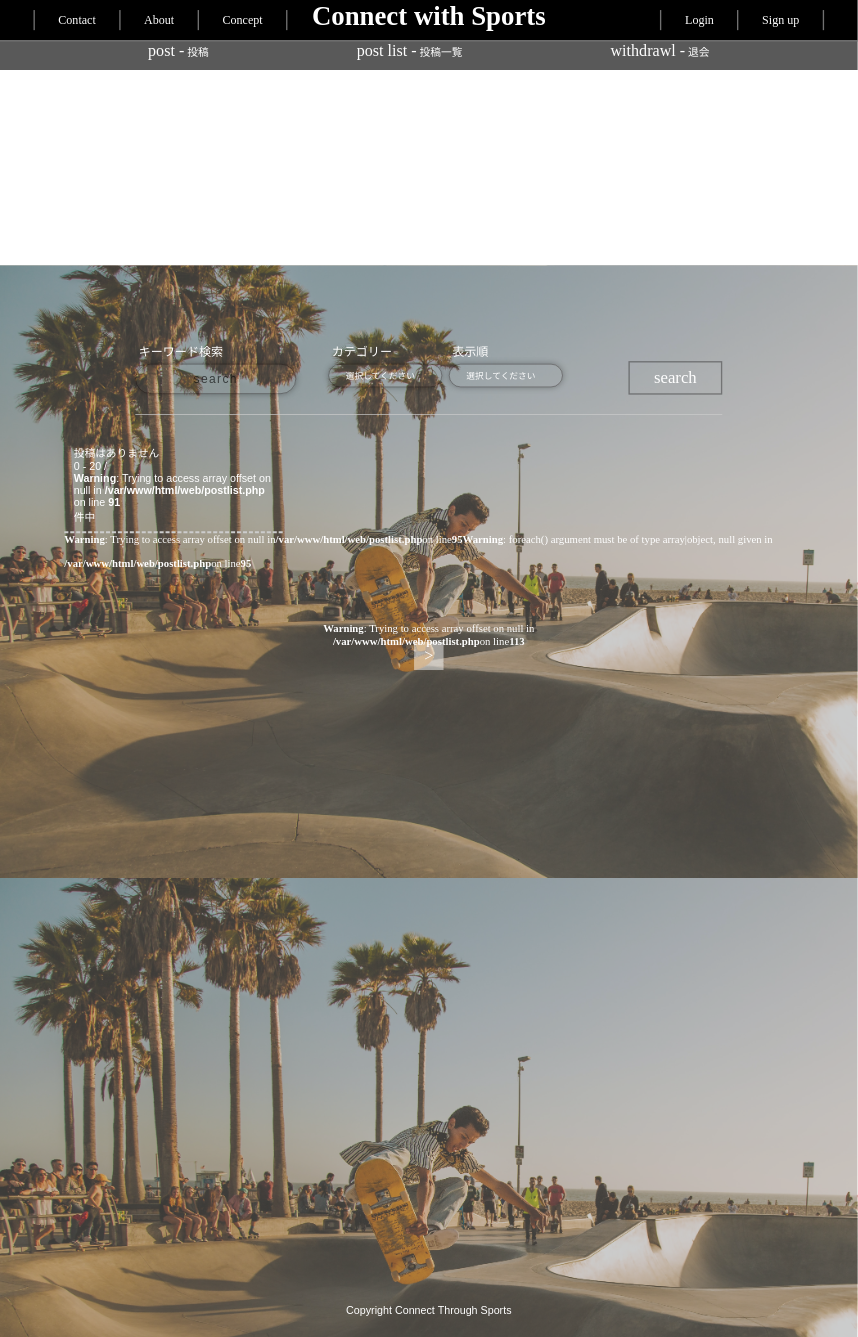
Repository: shuehi23/Connect_with_Sports
Page: http://localhost/Cheering_sport/web/postlist.php
An editor plug-in stored every save of this project. The page is shown before and after the next save, followed by the edit.
The browser window is 1280 px wide. The pictures show the whole page, at 67% of full size.
Backgrounds fixed to the window are drawn as part of the page. Some web fonts or font styles are not loaded; a fallback is used. Some web libraries are served in a nearby version. The page is run by PHP 8.4 with error messages shown; the project is at /var/www/html/. Other server files are loaded and not shown. Queries for data that is not in the repository find no rows.

Above is the page before, as saved 2020-11-11 18:46:47.

### web/function.php
<?php
ini_set('log_errors', 'on');
ini_set('error_log', 'php.log');

$debug_flg = true;
function debug($str)
{
    global $debug_flg;
    if ($debug_flg) {
        error_log('デバッグ:' . $str);
    }
}

//================================
// セッション準備・セッション有効期限を延ばす
//================================
//セッションファイルの置き場を変更する
session_save_path("/var/tmp/");
//ガーベージコレクションが削除するセッションの有効期限を設定（30日以上経っているものに対してだけ１００分の１の確率で削除）
ini_set('session.gc_maxlifetime', 60 * 60 * 24 * 30);
//ブラウザを閉じても削除されないようにクッキー自体の有効期限を延ばす
ini_set('session.cookie_lifetime', 60 * 60 * 24 * 30);
//セッションを使う($_SESSION変数は、他のページに移動した時にその移動前の$_SESSIONの中身を保持できる)
session_start();
//現在のセッションIDを新しく生成したものと置き換える（なりすましのセキュリティ対策）
session_regenerate_id();

// ============================
// 画面表示処理開始ログ吐き出し関数
// ============================
function debugLogStart()
{
    debug('//////////////////画面表示処理開始/////////////////////');
    debug('セッションID:' . session_id());
    debug('セッション変数の中身:' . print_r($_SESSION, true));
    debug('現在日時タイムスタンプ:' . time());
    if (!empty($_SESSION['login_date']) && !empty($_SESSION['login_limit'])) {
        debug('ログイン期限日時タイムスタンプ:' . ($_SESSION['login_date'] + $_SESSION['login_limit']));
    }
}

//================================
// グローバル変数
//================================
//エラーメッセージ格納用の配列
$err_msg = array();

//================================
// 定数
//================================
//エラーメッセージを定数に設定
define('MSG01', '入力必須です');
define('MSG02', '200文字以内で入力してください');
define('MSG03', '6文字以上で入力してください');
define('MSG04', 'emailの形式で入力してください');
define('MSG05', '半角英数字で入力してください');
define('MSG06', 'パスワードが合っていません');
define('MSG07', 'emailが既に登録してあります');
define('MSG08', 'エラーが発生しました。しばらく経ってからやり直してください。');
define('MSG09', 'emailまたはパスワードが違います');
define('MSG10', '古いパスワードが違います');
define('MSG11', '古いパスワードと同じです');
define('MSG12', '文字で入力してください');
define('MSG13', '正しくありません');
define('MSG14', '有効期限切れです');
define('MSG15', '選択してください');
define('MSG16', 'ゲストユーザーのアドレスのためこの機能はご利用できません');
define('SUC01', 'パスワードを変更しました');
define('SUC02', 'メールを送信しました');
define('SUC03', 'パスワードを再発行しました');
define('SUC04', '呟いて、共通のコミュニティを作ろう!');
define('SUC05', 'プロフィールを変更しました');
define('SUC06', '投稿しました');
define('SUC07', '投稿が削除されました');
define('SUC08', '投稿詳細が編集されました');
define('SUC09', '処理に成功しました。（ゲストユーザーのため反映はされていません。）');


//ゲストユーザーのIDとemailを定義
$gestUserId = 33;
$gestUserEmail = 'guest@login.com';

//==========================================
//DB
//==========================================
//DB接続関数
function dbConnect()
{
    $db = parse_url($_SERVER['mysql://b9d9fa1d56a9b4:8b2d1112@us-cdbr-east-02.cleardb.com/heroku_1bc8946db7cf9be?reconnect=true']);
    $db['heroku_1bc8946db7cf9be'] = ltrim($db['path'], '/Users/araishuuhei/dumps/one_sports.sql');
    $dsn = "mysql:host={$db['us-cdbr-east-02.cleardb.com']};dbname={$db['heroku_1bc8946db7cf9be']};charset=utf8";
    $user = $db['b9d9fa1d56a9b4'];
    $password = $db['8b2d1112'];
    $options = array(
      PDO::ATTR_ERRMODE => PDO::ERRMODE_EXCEPTION,
      PDO::ATTR_DEFAULT_FETCH_MODE => PDO::FETCH_ASSOC,
      PDO::MYSQL_ATTR_USE_BUFFERED_QUERY =>true,
    );
    $dbh = new PDO($dsn,$user,$password,$options);
    return $dbh;
    // $dsn = 'mysql:dbname=one_sports;host=localhost;charset=utf8';
    // $user = 'root';
    // $pass = 'root';
    // $option = array(
    //     // SQL実行失敗時にはエラーコードのみ設定
    //     PDO::ATTR_ERRMODE => PDO::ERRMODE_WARNING,
    //     // デフォルトフェッチモードを連想配列形式に設定
    //     PDO::ATTR_DEFAULT_FETCH_MODE => PDO::FETCH_ASSOC,
    //     // バッファードクエリを使う(一度に結果セットをすべて取得し、サーバー負荷を軽減)
    //     // SELECTで得た結果に対してもrowCountメソッドを使えるようにする
    //     PDO::MYSQL_ATTR_USE_BUFFERED_QUERY => true,
    // );
    // $dbh = new PDO($dsn, $user, $pass, $option);
    // return $dbh;
}
// SQL実行関数
function queryPost($dbh, $sql, $data)
{
    $stmt = $dbh->prepare($sql);
    if (!$stmt->execute($data)) {
        debug('クエリ失敗');
        $err_msg['common'] = MSG08;
        return false;
    } else {
        debug('クエリ成功');
        return $stmt;
    }

    return $stmt;
}
//==========================================
//バリデーション
//==========================================
// 未入力チェック
function validRequired($str, $key)
{
    if (empty($str)) {
        global $err_msg;
        $err_msg[$key] = MSG01;
    }
}
// 最大文字数
function maxlen($str, $key, $len = 255)
{
    if (mb_strlen($str) > $len) {
        global $err_msg;
        $err_msg[$key] = MSG02;
    }
}
// 最小文字数
function minLen($str, $key, $len = 6)
{
    if (mb_strlen($str) < $len) {
        global $err_msg;
        $err_msg[$key] = MSG03;
    }
}
// emailの形式チェック
function validEmail($str, $key)
{
    if (!preg_match("/^([a-zA-Z0-9])+([a-zA-Z0-9\._-])*@([a-zA-Z0-9_-])+([a-zA-Z0-9\._-]+)+$/", $str)) {
        global $err_msg;
        $err_msg[$key] = MSG04;
    }
}
// 半角チェック
function validHalf($str, $key)
{
    if (!preg_match("/^[a-zA-Z0-9]+$/", $str)) {
        global $err_msg;
        $err_msg[$key] = MSG05;
    }
}
//　パスワード照合
function validMatch($str1, $str2, $key)
{
    if ($str1 !== $str2) {
        global $err_msg;
        $err_msg[$key] = MSG06;
    }
}
// パスワード
function validPass($str, $key)
{
    validHalf($str, $key);
    maxLen($str, $key);
    minLen($str, $key);
}
// セレクトボックス
function validSelect($str, $key)
{
    if (!preg_match("/^[1-9]+$/", $str)) {
        global $err_msg;
        $err_msg[$key] = MSG15;
    }
}
// email重複チェック
function validEmailDup($str)
{
    global $err_msg;

    try {
        $dbh = dbConnect();
        $sql = 'SELECT count(*) FROM users WHERE email=? AND delete_flg = 0';
        $data = array($str);
        $stmt = queryPost($dbh, $sql, $data);
        $result = $stmt->fetch(PDO::FETCH_ASSOC);
        if (!empty(array_shift($result))) {
            global $err_msg;
            $err_msg['email'] = MSG07;
        }
    } catch (Exception $e) {
        error_log('エラー発生:' . $e->getMessage());
        $err_msg['common'] = MSG08;
    }
}
// フォーム入力保持
function keep($key)
{
    if (!empty($_POST[$key])) {
        return $_POST[$key];
    }
}
//ゲストユーザーのEmailかチェック
function validGestUserEmail($str, $key)
{
    global $gestUserEmail;
    if ($gestUserEmail == $str) {
        global $err_msg;
        $err_msg[$key] = MSG16;
        debug('ゲストユーザのアドレスが入力されました。');
    }
}

//==========================================
//データ取得
//==========================================
//ユーザー情報取得
function getUser($str)
{
    try {
        $dbh = dbConnect();
        $sql = 'SELECT * FROM users WHERE id=? AND delete_flg = 0';
        $data = array($str);
        $stmt = queryPost($dbh, $sql, $data);
    } catch (Exception $e) {
        error_log('エラー発生:' . $e->getMessage());
    }
    return $stmt->fetch(PDO::FETCH_ASSOC);
}

// ユーザー情報取得
function getUserOne($u_id)
{
    debug('ユーザー情報を取得');
    debug('ユーザーID' . $u_id);
    try {
        $dbh = dbConnect();
        $sql = 'SELECT u.id, u.username, u.job, u.sports, u.area, u.intro, u.pic, u.create_date, u.update_date, a.name AS a_name FROM users AS u INNER JOIN area AS a ON u.area = a.id WHERE u.id=? AND u.delete_flg=0';
        $data = array($u_id);
        $stmt = queryPost($dbh, $sql, $data);
        if ($stmt) {
            return $stmt->fetch(PDO::FETCH_ASSOC);
        } else {
            return false;
        }
    } catch (Exception $e) {
        error_log('エラー発生:' . $e->getMessage());
    }
}

// フォーム入力保持
function getFormData($str, $flg = false)
{
    global $dbData;
    global $err_msg;
    if ($flg) {
        $method = $_GET;
    } else {
        $method = $_POST;
    }
    // ユーザー情報がある場合
    if (!empty($dbData)) {
        // フォームのエラーがある場合
        if (!empty($err_msg[$str])) {
            // postに情報がある場合
            if (isset($method[$str])) {
                return $method[$str];
            } else {
                return $dbData[$str];
            }
        } else {
            // postに情報がありDBの情報が違う
            if (isset($method[$str]) && $method[$str] !== $dbData[$str]) {
                return $method[$str];
            } else {
                // そもそも変更していない
                return $dbData[$str];
            }
        }
    } else {
        if (isset($method[$str])) {
            return $method[$str];
        }
    }
}
//画像表示
function showImg($path)
{
    if (empty($path)) {
        return 'img/sample-img.png';
    } else {
        return $path;
    }
}
function showProfImg($str)
{
    if (empty($str)) {
        return 'img/avatar-unknown.png';
    }
    return $str;
}

function areaData()
{
    try {
        $dbh = dbConnect();
        $sql = 'SELECT * FROM area';
        $data = array();
        $stmt = queryPost($dbh, $sql, $data);
        if ($stmt) {
            return $stmt->fetchAll();
        } else {
            return false;
        }
    } catch (Exception $e) {
        error_log('エラー発生:' . $e->getMessage());
    }
}

function getCate()
{
    try {
        $dbh = dbConnect();
        $sql = 'SELECT * FROM category';
        $data = array();
        $stmt = queryPost($dbh, $sql, $data);
        if ($stmt) {
            return $stmt->fetchAll();
        } else {
            return false;
        }
    } catch (Exception $e) {
        error_log('エラー発生:' . $e->getMessage());
    }
}


// 固定長チェック
function validLength($str, $key, $len = 8)
{
    if (mb_strlen($str) !== $len) {
        global $err_msg;
        $err_msg[$key] = $len . MSG12;
    }
}

// 投稿情報取得
function getPost($u_id, $p_id)
{
    try {
        $dbh = dbConnect();
        $sql = 'SELECT * FROM photo WHERE posted_id = ? AND id=? AND delete_flg = 0';
        $data = array($u_id, $p_id);
        $stmt = queryPost($dbh, $sql, $data);
        if ($stmt) {
            return $stmt->fetch(PDO::FETCH_ASSOC);
        } else {
            return false;
        }
    } catch (Exception $e) {
        error_log('エラー発生:' . $e->getMessage());
        $err_msg['common'] = MSG08;
    }
}

// 検索された投稿情報を取得
function getPostList($nowMin = 1, $category, $sort, $span = 20)
{
    debug('投稿情報を取得します。');
    // 例外処理
    try {
        // DBへ接続
        $dbh = dbConnect();
        // 【〜件数用】 のSQL文作成
        $sql = 'SELECT id FROM photo';
        if (!empty($category)) $sql .= ' WHERE category_id = ' . $category;
        if (!empty($sort)) {
            switch ($sort) {
                case 1: //      1の場合は昇順 ↓
                    $sql .= ' ORDER BY create_date DESC';
                    break;
                case 2: //      2の場合は降順 ↓
                    $sql .= ' ORDER BY create_date ASC';
                    break;
            }
        }
        $data = array();
        $stmt = queryPost($dbh, $sql, $data);

        $rst['total'] = $stmt->rowCount();
        $rst['total_page'] = ceil($rst['total'] / $span); //総ページ数 総レコード数 ÷ 20件

        if (!$stmt) {
            return false;
        }

        // 【ページング用】 のSQL文作成
        $sql = 'SELECT * FROM photo';
        if (!empty($category)) $sql .= ' WHERE category_id = ' . $category;
        if (!empty($sort)) {
            switch ($sort) {
                case 1:
                    $sql .= ' ORDER BY create_date DESC';
                    break;
                case 2:
                    $sql .= ' ORDER BY create_date ASC';
                    break;
            }
        }
        $sql .= ' LIMIT ' . $span . ' OFFSET ' . $nowMin;
        $data = array();
        debug('SQL:' . $sql);
        $stmt = $dbh->prepare($sql);
        $stmt->bindParam(':span', $span, PDO::PARAM_INT);
        $stmt->bindParam(':nowMin', $nowMin, PDO::PARAM_INT);
        if ($stmt->execute()) {
            $rst['data'] = $stmt->fetchAll(PDO::FETCH_ASSOC);
            return $rst;
        } else {
            return false;
        }
    } catch (Exception $e) {
        error_log('エラー発生:' . $e->getMessage());
    }
}

// 投稿情報
function getPostOne($p_id)
{
    debug('投稿詳細を取得します');
    debug('写真ID:' . $p_id);
    try {
        $dbh = dbConnect();
        $sql = 'SELECT p.id, p.title, p.place, p.key1, p.key2, p.key3, p.category_id, p.comment, p.pic1, p.pic2, p.pic3, p.pic4, p.create_date, p.update_date, p.posted_id, u.username, u.intro, u.pic, c.name AS c_name FROM photo AS p INNER JOIN users AS u ON p.posted_id = u.id INNER JOIN category AS c ON p.category_id = c.id WHERE p.id=? AND p.delete_flg = 0 AND u.delete_flg = 0';
        $data = array($p_id);
        $stmt = queryPost($dbh, $sql, $data);
        if ($stmt) {
            return $stmt->fetch(PDO::FETCH_ASSOC);
        } else {
            return false;
        }
    } catch (Exception $e) {
        error_log('エラー発生:' . $e->getMessage());
    }
}
// 各投稿のコメントを取得
function getPartnerComment($p_id) {
    debug('コメント取得します');
    try {
        $dbh = dbConnect();
        $sql = 'SELECT p.from_user, p.comment, u.id, u.username, u.pic FROM partnerComment AS p INNER JOIN users AS u ON p.from_user = u.id WHERE photo_id = ? AND p.delete_flg = 0 AND u.delete_flg = 0 ORDER BY p.send_date ASC';
        $data = array($p_id);

        $stmt = queryPost($dbh, $sql, $data);
        if($stmt) {
            return $stmt->fetchAll();
        }else{
            return false;
        }

    } catch (Exception $e) {
        error_log('エラー発生:' . $e->getMessage());
    }
}
//掲示板情報の取得
function getBordData($m_id)
{
    debug('掲示板情報を取得します');
    try {
        $dbh = dbConnect();
        $sql = 'SELECT sender_id, receiver_id, photo_id, create_date FROM bord WHERE id = :m_id AND delete_flg = 0';
        $data = array(':m_id' => $m_id);

        $stmt = queryPost($dbh, $sql, $data);
        if ($stmt) {
            return $stmt->fetch(PDO::FETCH_ASSOC);
        } else {
            return false;
        }
    } catch (Exception $e) {
        error_log('エラー発生：' . $e->getMessage());
    }
}
// 指定された写真情報メッセージ取得
function getMsgData($id)
{
    debug('写真ID:' . $id);
    try {
        $dbh = dbConnect();
        $sql = 'SELECT m.from_user, m.msg, u.pic FROM message AS m INNER JOIN users AS u ON m.from_user=u.id WHERE m.photo_id = ? AND m.delete_flg = 0';
        $data = array($id);
        $stmt = queryPost($dbh, $sql, $data);
        if ($stmt) {
            return $stmt->fetchAll();
        } else {
            return false;
        }
    } catch (Exception $e) {
        error_log('エラー発生:' . $e->getMessage());
    }
}
//指定された掲示板のメッセージ情報を取得
function getMsgAndBord($m_id)
{
    debug('メッセージ情報を取得します');
    try {
        $dbh = dbConnect();
        $sql = 'SELECT m.id AS m_id, b.photo_id, bord_id, msg, from_user, to_user, send_date, b.sender_id, b.receiver_id, b.create_date FROM message AS m RIGHT JOIN bord AS b ON m.bord_id=b.id WHERE b.id=? ORDER BY send_date ASC';
        $data = array($m_id);
        $stmt = queryPost($dbh, $sql, $data);
        if ($stmt) {
            return $stmt->fetchAll();
        } else {
            return false;
        }
    } catch (Exception $e) {
        error_log('エラー発生:' . $e->getMessage());
    }
}

// 掲示板ごとに取るのでforeachで廻して表示する
function getMyMsgsAndBord($u_id)
{
    debug('掲示板情報とmsg情報を取得します');
    try {
        $dbh = dbConnect();
        $sql = 'SELECT id, sender_id, receiver_id FROM bord WHERE sender_id = :u_id OR receiver_id = :u_id AND delete_flg = 0 ORDER BY create_date DESC';
        $data = array(':u_id' => $u_id);
        $stmt = queryPost($dbh, $sql, $data);
        if ($stmt) {
            $result = $stmt->fetchAll();
            foreach ($result as $key => $val) {
                $sql = 'SELECT * FROM message WHERE bord_id = :b_id AND delete_flg = 0 ORDER BY send_date DESC';
                $data = array(':b_id' => $val['id']);
                $stmt = queryPost($dbh, $sql, $data);
                if ($stmt) {
                    $result[$key]['msg'] = $stmt->fetchAll();
                }
            }
            return $result;
        } else {
            return false;
        }
    } catch (Exception $e) {
        error_log('エラー発生:' . $e->getMessage());
    }
}


// 自分情報取得
function myData($u_id)
{
    try {
        $dbh = dbConnect();
        $sql = 'SELECT * FROM photo WHERE posted_id=? AND delete_flg = 0';
        $data = array($u_id);
        $stmt = queryPost($dbh, $sql, $data);
        if ($stmt) {
            return $stmt->fetchAll();
        } else {
            return false;
        }
    } catch (Exception $e) {
        error_log('エラー発生:' . $e->getMessage());
    }
}
// 自分のお気に入り情報取得
function myLike($u_id)
{
    try {
        $dbh = dbConnect();
        $sql = 'SELECT * FROM favorite AS f LEFT JOIN photo AS p ON f.photo_id = p.id WHERE f.user_id = ? AND f.delete_flg = 0 AND p.delete_flg = 0';
        $data = array($u_id);
        $stmt = queryPost($dbh, $sql, $data);
        if ($stmt) {
            return $stmt->fetchAll();
        } else {
            return false;
        }
    } catch (Exception $e) {
        error_log('エラー発生:' . $e->getMessage());
    }
}

// 自分のフォロー情報取得
function myFollow($u_id)
{
    try {
        $dbh = dbConnect();
        $sql = 'SELECT * FROM follow AS fo LEFT JOIN users AS u ON fo.opponent_id = u.id WHERE fo.user_id = ? AND fo.delete_flg = 0 AND u.delete_flg = 0';
        $data = array($u_id);
        $stmt = queryPost($dbh, $sql, $data);
        if ($stmt) {
            return $stmt->fetchAll();
        } else {
            return false;
        }
    } catch (Exception $e) {
        error_log('エラー発生:' . $e->getMessage());
    }
}

//==========================================
//メッセージ
//==========================================
// エラーメッセージを取得
function errmsg($key)
{
    global $err_msg;
    if (!empty($err_msg[$key])) {
        return $err_msg[$key];
    }
}
// セッションを１回だけ取得
function getFlash($key)
{
    if (!empty($_SESSION[$key])) {
        $data = $_SESSION[$key];
        $_SESSION[$key] = '';
        return $data;
    }
}
//==========================================
//その他
//==========================================
// サニタイズ
function sanitize($str)
{
    return htmlspecialchars($str, ENT_QUOTES);
}

// アップロード
function uploadImg($file, $key)
{
    debug('画像アップロード');
    debug('ファイル情報:' . print_r($_FILES, true));
    if (isset($file['error']) && is_int($file['error'])) {
        try {
            switch ($file['error']) {
                case UPLOAD_ERR_OK:
                    break;
                case UPLOAD_ERR_NO_FILE:
                    throw new RuntimeException('ファイルが選択されていません');
                case UPLOAD_ERR_INI_SIZE:
                case UPLOAD_ERR_FORM_SIZE:
                    throw new RuntimeException('ファイルサイズが大きすぎます');
                default:
                    throw new RuntimeException('その他のエラーが発生しました');
            }

            //画像の形式を判別
            $type = @exif_imagetype($file['tmp_name']);
            if (!in_array($type, [IMAGETYPE_GIF, IMAGETYPE_JPEG, IMAGETYPE_PNG], true)) {
                throw new RuntimeException('画像形式が未対応です');
            }

            $path = 'uploads/' . sha1_file($file['tmp_name']) . image_type_to_extension($type);
            if (!move_uploaded_file($file['tmp_name'], $path)) {
                throw new RuntimeException('ファイル保存時にエラーが発生しました');
            }

            //保存したファイルのパスの権限を変更
            chmod($path, 0644);

            debug('ファイルは正常にアップロードされました');
            debug('ファイルパス:' . $path);
            return $path;
        } catch (RuntimeException $e) {
            global $err_msg;
            debug($e->getMessage());
            $err_msg[$key] = $e->getMessage();
        }
    }
}

// お気に入り
function isLike($u_id, $p_id)
{
    try {
        $dbh = dbConnect();
        $sql = 'SELECT * FROM favorite WHERE user_id=? AND photo_id=?';
        $data = array($u_id, $p_id);
        $stmt = queryPost($dbh, $sql, $data);
        if ($stmt->rowCount()) {
            debug('お気に入りです');
            return true;
        } else {
            debug('特に気に入ってません');
            return false;
        }
    } catch (Exception $e) {
        error_log('エラー発生:' . $e->getMessage());
    }
}

// メール送信
function sendMail($to, $subject, $comment, $from)
{
    if (!empty($to) && !empty($subject) && !empty($comment)) {
        //文字化けしないように
        mb_language('Japanese');
        mb_internal_encoding("UTF-8");

        $result = mb_send_mail($to, $subject, $comment, "From:" . $from);
        if ($result) {
            debug('メール送信成功');
        } else {
            debug('メール送信失敗');
        }
    }
}

// 認証キー発行
function makeRand($length = 8)
{
    $char = 'abcdefghijklmnopqrstuvwxyzABCDEFGHIJLKMNOPQRSTUVWXYZ0123456789';
    $str = '';
    for ($i = 0; $i < $length; ++$i) {
        $str .= $char[mt_rand(0, 61)];
    }
    return $str;
}

// GETパラメータの付与
function appendGet($del_key = array())
{
    if (!empty($_GET)) {
        $str = '?';
        foreach ($_GET as $key => $val) {
            if (!in_array($key, $del_key, true)) {
                $str .= $key . '=' . $val . '&';
            }
        }
        $str = mb_substr($str, 0, -1, "UTF-8");
        return $str;
    }
}

// フォロー
function isFollow($u_id, $o_id)
{
    try {
        $dbh = dbConnect();
        $sql = 'SELECT * FROM follow WHERE user_id=? AND opponent_id=?';
        $data = array($u_id, $o_id);
        $stmt = queryPost($dbh, $sql, $data);
        if ($stmt->rowCount()) {
            debug('フォロー中');
            return true;
        } else {
            debug('フォローしてない');
            return false;
        }
    } catch (Exception $e) {
        error_log('エラー発生:' . $e->getMessage());
    }
}

Loaded but not shown: web/style.css (1439 lines, source omitted); web/footer.php (148 lines, source omitted); web/header.php (31 lines, source omitted); web/sheader.php (9 lines, source omitted); web/head.php (8 lines, source omitted); web/postlist.php (151 lines, source omitted)

After the next save:
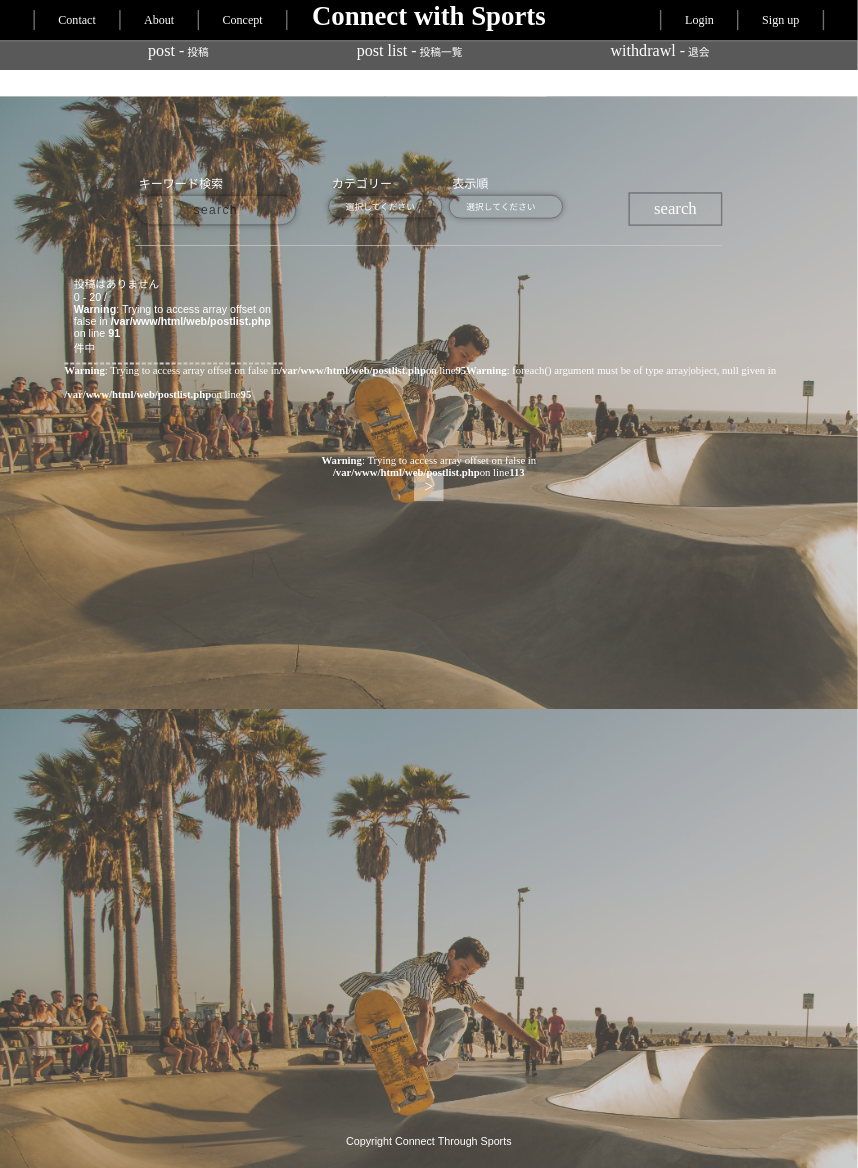
Saved 27 min 29 s later.
--- a/web/function.php
+++ b/web/function.php
@@ -86,32 +86,32 @@ $gestUserEmail = 'guest@login.com';
 //DB接続関数
 function dbConnect()
 {
-    $db = parse_url($_SERVER['mysql://b9d9fa1d56a9b4:8b2d1112@us-cdbr-east-02.cleardb.com/heroku_1bc8946db7cf9be?reconnect=true']);
-    $db['heroku_1bc8946db7cf9be'] = ltrim($db['path'], '/Users/araishuuhei/dumps/one_sports.sql');
-    $dsn = "mysql:host={$db['us-cdbr-east-02.cleardb.com']};dbname={$db['heroku_1bc8946db7cf9be']};charset=utf8";
-    $user = $db['b9d9fa1d56a9b4'];
-    $password = $db['8b2d1112'];
-    $options = array(
-      PDO::ATTR_ERRMODE => PDO::ERRMODE_EXCEPTION,
-      PDO::ATTR_DEFAULT_FETCH_MODE => PDO::FETCH_ASSOC,
-      PDO::MYSQL_ATTR_USE_BUFFERED_QUERY =>true,
+    // $db = parse_url($_SERVER['mysql://b9d9fa1d56a9b4:8b2d1112@us-cdbr-east-02.cleardb.com/heroku_1bc8946db7cf9be?reconnect=true']);
+    // $db['heroku_1bc8946db7cf9be'] = ltrim($db['path'], '/Users/araishuuhei/dumps/one_sports.sql');
+    // $dsn = "mysql:host={$db['us-cdbr-east-02.cleardb.com']};dbname={$db['heroku_1bc8946db7cf9be']};charset=utf8";
+    // $user = $db['b9d9fa1d56a9b4'];
+    // $password = $db['8b2d1112'];
+    // $options = array(
+    //   PDO::ATTR_ERRMODE => PDO::ERRMODE_EXCEPTION,
+    //   PDO::ATTR_DEFAULT_FETCH_MODE => PDO::FETCH_ASSOC,
+    //   PDO::MYSQL_ATTR_USE_BUFFERED_QUERY =>true,
+    // );
+    // $dbh = new PDO($dsn,$user,$password,$options);
+    // return $dbh;
+    $dsn = 'mysql:dbname=one_sports;host=localhost;charset=utf8';
+    $user = 'root';
+    $pass = 'root';
+    $option = array(
+        // SQL実行失敗時にはエラーコードのみ設定
+        PDO::ATTR_ERRMODE => PDO::ERRMODE_WARNING,
+        // デフォルトフェッチモードを連想配列形式に設定
+        PDO::ATTR_DEFAULT_FETCH_MODE => PDO::FETCH_ASSOC,
+        // バッファードクエリを使う(一度に結果セットをすべて取得し、サーバー負荷を軽減)
+        // SELECTで得た結果に対してもrowCountメソッドを使えるようにする
+        PDO::MYSQL_ATTR_USE_BUFFERED_QUERY => true,
     );
-    $dbh = new PDO($dsn,$user,$password,$options);
+    $dbh = new PDO($dsn, $user, $pass, $option);
     return $dbh;
-    // $dsn = 'mysql:dbname=one_sports;host=localhost;charset=utf8';
-    // $user = 'root';
-    // $pass = 'root';
-    // $option = array(
-    //     // SQL実行失敗時にはエラーコードのみ設定
-    //     PDO::ATTR_ERRMODE => PDO::ERRMODE_WARNING,
-    //     // デフォルトフェッチモードを連想配列形式に設定
-    //     PDO::ATTR_DEFAULT_FETCH_MODE => PDO::FETCH_ASSOC,
-    //     // バッファードクエリを使う(一度に結果セットをすべて取得し、サーバー負荷を軽減)
-    //     // SELECTで得た結果に対してもrowCountメソッドを使えるようにする
-    //     PDO::MYSQL_ATTR_USE_BUFFERED_QUERY => true,
-    // );
-    // $dbh = new PDO($dsn, $user, $pass, $option);
-    // return $dbh;
 }
 // SQL実行関数
 function queryPost($dbh, $sql, $data)
